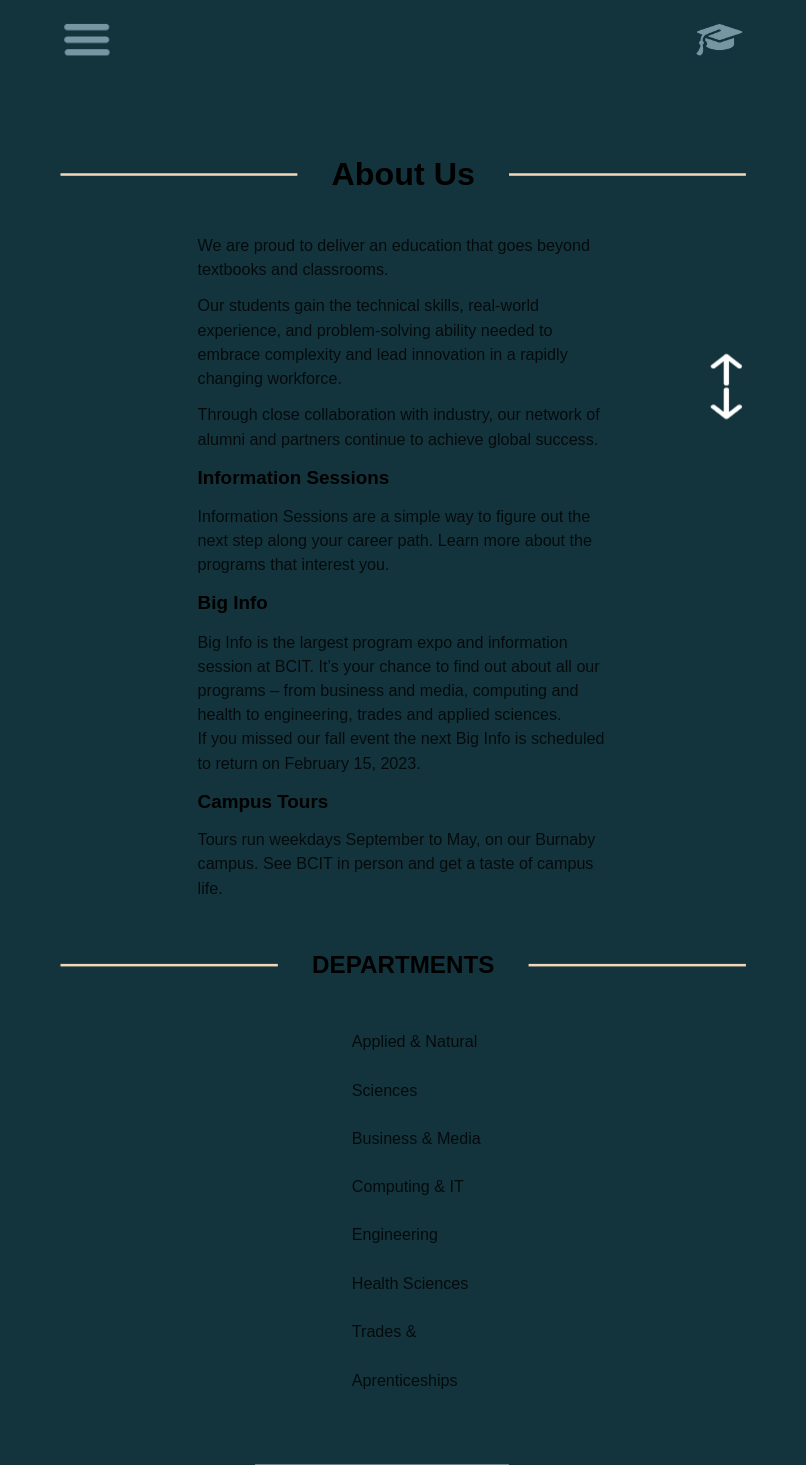
Repository: Kinakopan/playwright_bcit
Page: /contact
These files come from the project's save history. The page is drawn as it stood at one moment and after the next save; the edit follows.
The browser window is 1280 px wide. The pictures show the whole page, at 63% of full size.
Some web fonts or font styles are not loaded; a fallback is used. The project was rebuilt for these pictures with package versions that can differ from the ones it lists, and the page was loaded fresh each time. The framework's server and built-in components were replaced by stand-ins that run in the browser. Also part of the build but not shown: next.config.js.

Above is the page before, as saved 2023-01-28 14:20:53.

After the next save:
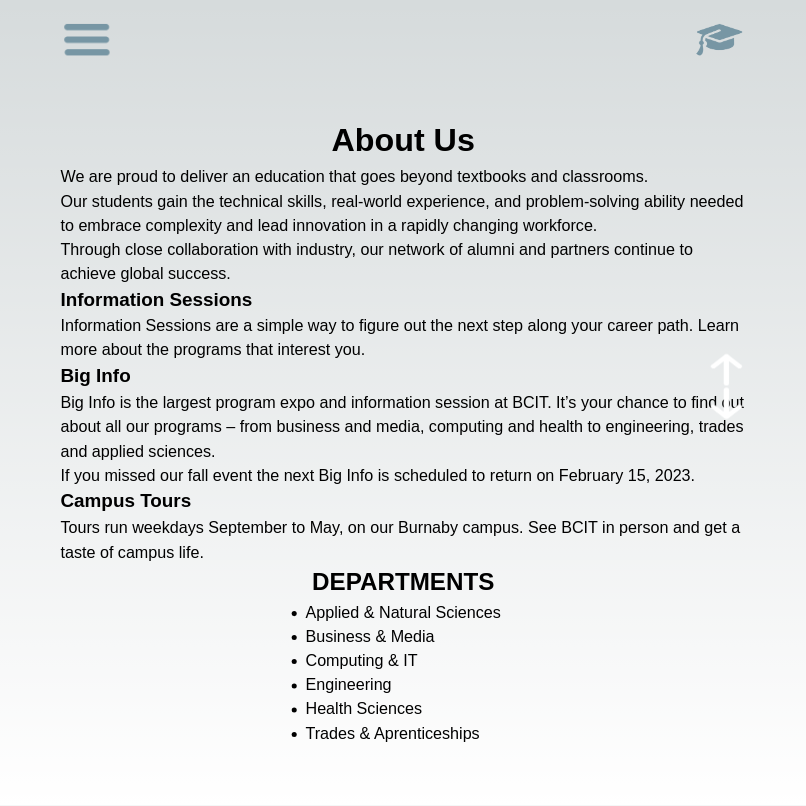
Saved 8 s later.
--- a/pages/contact.js
+++ b/pages/contact.js
@@ -8,7 +8,7 @@
 export default function Contact() {
   return (
     <>
-      <div className={`${styles.body} ${styles.body_about}`}>
+      <div className={`${styles.body} ${styles.body_contact}`}>
         <div className={styles.wrapper}>
           <Navbar />
 
